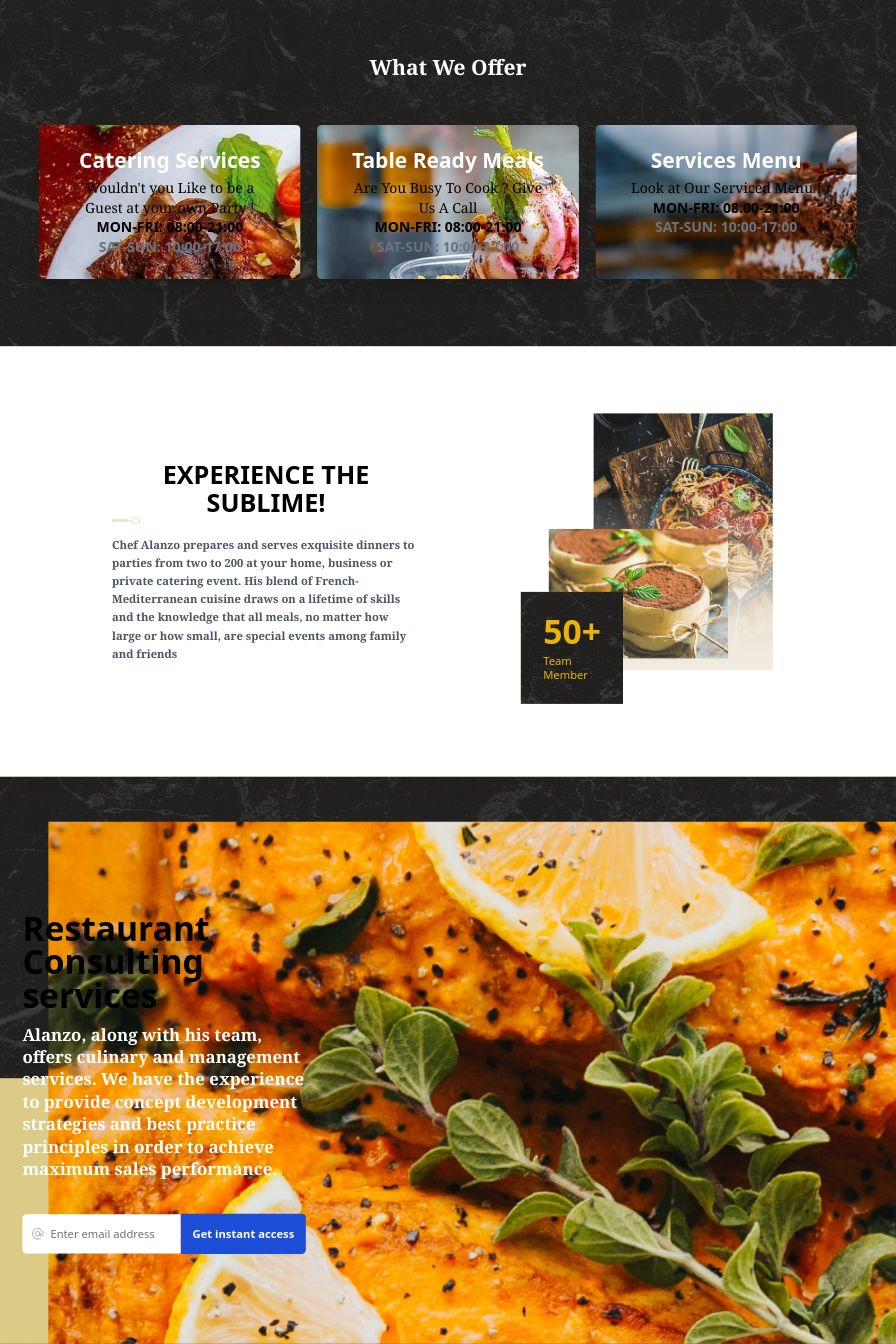
Repository: remydev47/alanzo
Page: /
The author's editor kept a copy of each file at every save. The page is drawn from the files as they stood at one save, then again after the next save.
The browser window is 1280 px wide. The pictures show the part of the page from y = 821 to 2741 px (the page is 2741 px tall before and 2635 px after), at 70% of full size.
The project was rebuilt for these pictures with package versions that can differ from the ones it lists, and the page was loaded fresh each time. The framework's server and built-in components were replaced by stand-ins that run in the browser. Also part of the build but not shown: next.config.js, components/Catering.tsx, components/Menu.tsx, components/Testimonials.tsx, components/CTA.tsx, components/Footer.tsx.

Above is the page before, as saved 2022-12-17 12:47:30.

After the next save:
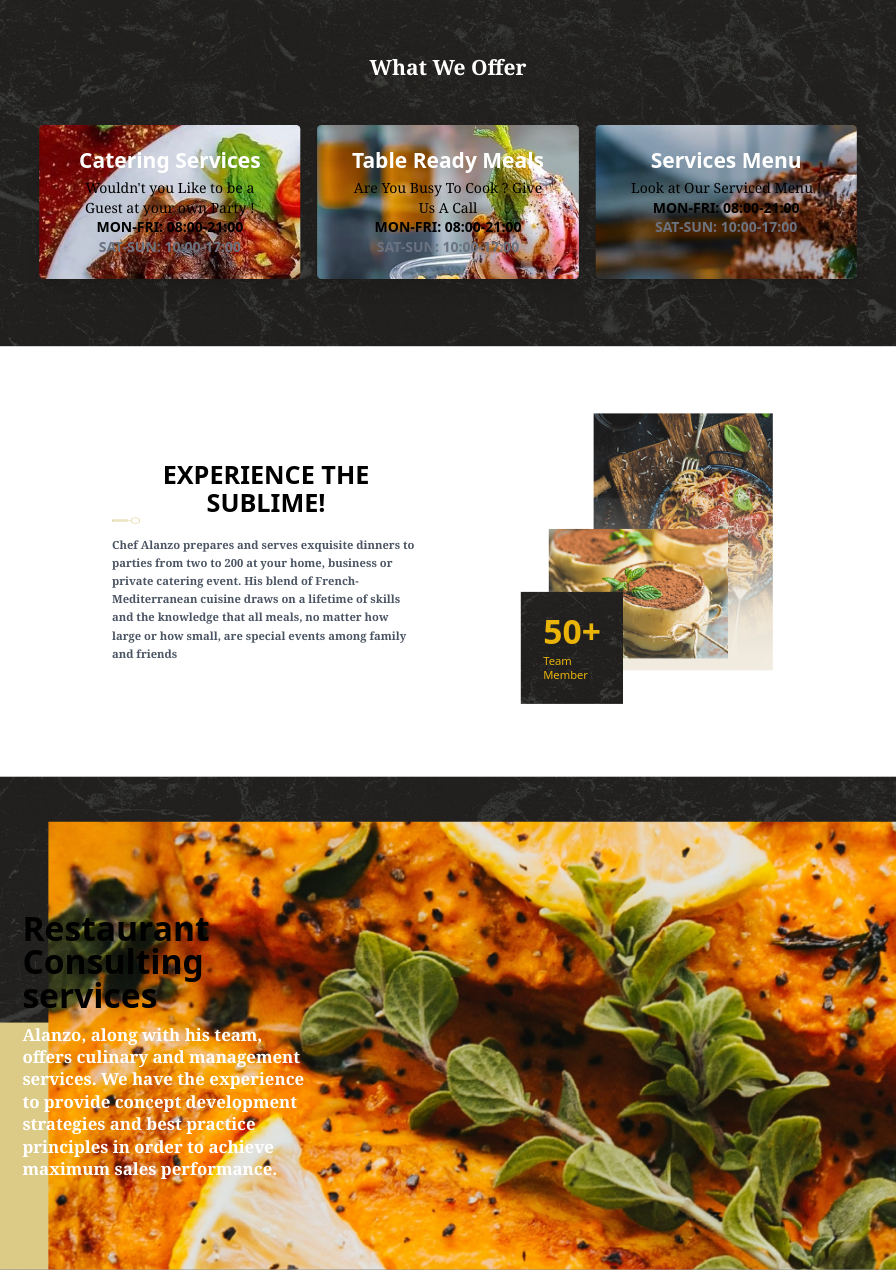
Saved 29 s later.
--- a/components/Consulting.tsx
+++ b/components/Consulting.tsx
@@ -13,35 +13,7 @@
           Alanzo, along with his team, offers culinary and management services. We have the experience to provide concept development strategies and best practice principles in order to achieve maximum sales performance.
          </p>
 
-         <form action="#" method="POST" className="mt-8 lg:mt-12">
-             <div className="flex flex-col items-center sm:flex-row sm:justify-center">
-                 <div className="flex-1 w-full min-w-0 px-4 sm:px-0">
-                     <div className="relative text-gray-400 focus-within:text-gray-600">
-                         <label htmlFor="email" className="sr-only"></label>
-                         <label htmlFor="email" className="sr-only"></label>
-                         <div className="absolute inset-y-0 left-0 flex items-center pl-3 pointer-events-none">
-                             <svg className="w-5 h-5" xmlns="http://www.w3.org/2000/svg" fill="none" viewBox="0 0 24 24" stroke="currentColor">
-                                 <path stroke-linecap="round" stroke-linejoin="round" stroke-width="1.5" d="M16 12a4 4 0 10-8 0 4 4 0 008 0zm0 0v1.5a2.5 2.5 0 005 0V12a9 9 0 10-9 9m4.5-1.206a8.959 8.959 0 01-4.5 1.207" />
-                             </svg>
-                         </div>
-                         <input
-                             type="email"
-                             name="email"
-                             id="email"
-                             placeholder="Enter email address"
-                             className="block w-full py-4 pl-10 pr-4 text-base text-black placeholder-gray-500 transition-all duration-200 border-gray-200 rounded-md sm:rounded-r-none caret-blue-600 focus:border-blue-600 focus:ring-1 focus:ring-blue-600"
-                             required
-                         />
-
-                     </div>
-                 </div>
-
-                 <button type="submit" className="inline-flex items-center justify-center flex-shrink-0 w-auto px-4 py-4 mt-4 font-semibold text-white transition-all duration-200 bg-blue-700 border border-transparent rounded-md sm:mt-0 sm:rounded-l-none sm:w-auto hover:bg-blue-700 focus:bg-blue-700">
-                     Get instant access
-                 </button>
-             </div>
-         </form>
-     </div>
+      </div>
   </div>
   </section>
   )
